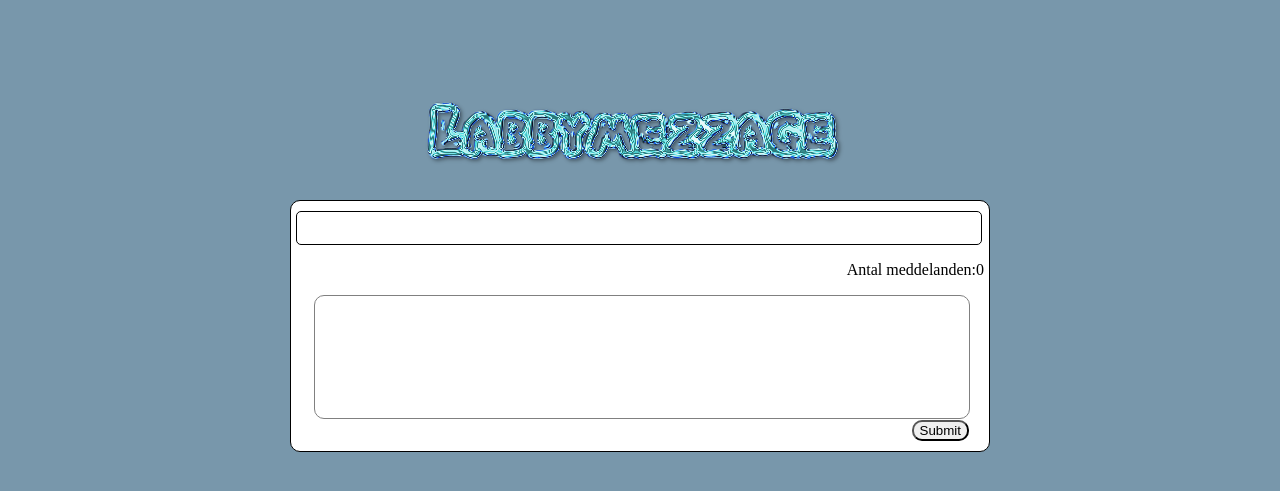
Repository: la222tc/la222tc-1dv403-Laborationer
Page: 2-labbymezzage/index.html
The author's editor kept a record of every edit. The page is drawn from the files as they stood at one moment, then again after the next edit.
The browser window is 1280 px wide. The pictures show the whole page.

Above is the page before.

### 2-labbymezzage/index.html
<!DOCTYPE html>
<html lang="sv">
<head>
	<meta charset="UTF-8" />
 	<title>JavaScript - Laboration 2 - Labbymezzage</title>
    <link rel="stylesheet" href="css/csslabby.css" type="text/css" />
</head>
    <body>

        <div id="content">
            <img src="labbyimage.png" id="labbyimage"></img>
            <main id="mainMessage">

                <article class="message">
                 <p class="theMessage"></p>
                    <a class="timeAndDelete delete"href="#"></a><a class="timeAndDelete time" href="#"></a>
                <footer class="timeStamp"></footer>
                </article>

                <p id="amountOfMessages"> 0<p id="numberOfMessages">Antal meddelanden: </p></p>
                <form id="messageForm">
                    <input id="messageTextArea" type="textarea" name="messageInput"/>
                    <input id="submit" type="submit" value="Submit"/>
                </form>
            </main>
        </div>

        <script type="text/javascript" src="js/MessageBoard.js"></script>
        <script type="text/javascript" src="js/Message.js"></script>
    </body>
</html>

### 2-labbymezzage/css/csslabby.css
body {
    background-color:#7897AB;
}

article, aside, details, figcaption, figure,
footer, header, hgroup, menu, nav, section {
	display: block;
}

#content {
    width:700px;
    margin:auto;
    margin-top:100px;
}

#mainMessage {
    border:1px solid black;
    border-radius:10px;
    background-color:white;
    height:100%;
    float:left;
    padding-bottom:10px;
}

#labbyimage {
    margin-left: 135px;
    margin-bottom:30px;
}

#messageTextArea {
    width: 650px;
	height: 120px;
	border: 1px solid gray;
	border-radius:10px;
	margin-left:23px;
	float:left;
}

#submit {
    float:right;
    margin-right:20px;
    margin-top:1px;
    border-radius:10px;
}

#submit:hover {
    background-color:#7897AB;
    cursor:pointer;
}

#amountOfMessages {
    float:right;
    margin-right:5px;
}

#numberOfMessages {
    float:right;
}

.message {
    text-align:left;
    width:98%;
    float:left;
    margin-top:10px;
    margin-left:5px;
    border:1px solid black;
    border-radius:5px;
}

.theMessage {
    width:650px;
    float:left;
}

.timeAndDelete {
    float:right;
    margin-right:7px;
}

.timeStamp {
    float:right;
    margin-right:3px;
}

### 2-labbymezzage/js/MessageBoard.js
"use strict";


var MessageBoard = {

    messages: [],


    init: function(){

        var submit = document.getElementById("submit");

        submit.onclick = function(){
            createMessage();
            displayMessages();
            alert(MessageBoard.messages[0]);
        };

        function displayMessages(){
            document.getElementById("messageTextArea").innerHTML = "";

            for (var i = 0; i < MessageBoard.messages.length; ++i) {
                MessageBoard.displayMessage(i);
            }
        }

        function displayMessage(messageID){
            var msg = document.getElementsByClass("message");
            var newDiv = document.createElement("div");
            var newP = document.createElement("p");
            var aDelete = document.createElement("a");
            var aTime = document.createElement("a");
            var imgDelete = document.createElement("img");
            var imgTime = document.createElement("img");

            newDiv.setAttribute("class", "message");
            newP.setAttribute("class", "theMessage");
            aDelete.setAttribute("class", "timeAndDelete");
            aTime.setAttribute("class", "timeAndDelete");
            imgDelete.setAttribute("class", "timeAndDelete");
            imgTime.setAttribute("class", "timeAndDelete");

            msg.appendChild(newDiv);
            newDiv.appendChild(newP);
            newDiv.appendChild(aDelete);
            newDiv.appendChild(aTime);
            newDiv.appendChild(imgDelete);
            newDiv.appendChild(imgTime);


        }

        function createMessage(){

            var mess = new Message(document.getElementById("messageTextArea").value, new Date());
            MessageBoard.messages.push(mess);
        }
         //submit.onclick = function(){
        //    var article = document.createElement("article");
        //    var p = document.createElement("p");
        //    var a = document.createElement("a");
        //    var aa = document.createElement("a");
        //    var footer = document.createElement("footer");
        //    article.appendChild(p);
        //    article.appendChild(a);
        //    article.appendChild(aa);
        //    article.appendChild(footer);

        //    document.getElementsByClass("theMessage").innerHTML = createMessage();

        //    var newArticle = document.querySelector("#mainMessage .message");
        //    newArticle.appendChild(article);

        //};
    //  alert(mess);
    //  alert(mess.getText());
    //  mess.setText("En annan text");
    //  alert(mess);

   // var mess = new Message("Testmeddelande", new Date());
    //var mess2 = new Message("Testmeddelande2", new Date());
    //var mess3 = new Message("Testmeddelande3", new Date());
    //var mess4 = new Message("Testmeddelande4", new Date());


    // lägger till de skapade meddelanden till arrayen messages
    //MessageBoard.messages.push(mess);
    //MessageBoard.messages.push(mess2);
    //MessageBoard.messages.push(mess3);
    //MessageBoard.messages.push(mess4);


    // Antal Meddelande i arrayen messages
    var total = MessageBoard.messages.length;

   // for (var i = 0; i < MessageBoard.messages.length; i++) {
     //   alert(MessageBoard.messages[i]);
    //}

       //alert(MessageBoard.messages[1].getText());
       //alert(total);
    }

};

window.onload = MessageBoard.init;

### 2-labbymezzage/js/Message.js
"use strict";


function Message(message, date) {


    this.getText = function(){
        return message;
    }

    this.setText = function(_text) {
        message = _text;
    }


    this.getDate = function() {

    // Tar ut timmar, minuter och sekunder ur date och sätter ihop dom i en variabel och returnerar det
    var _date = new Date();
    var hour = _date.getHours();
    var minute = _date.getMinutes();
    var seconds = _date.getSeconds();

    var theDate = hour + ":" + minute + ":" + seconds;

    return theDate;
    };

    this.setDate = function(_date) {
        date = _date;
    };

    Message.prototype.toString = function() {
        return this.getText()+" ("+this.getDate()+")";
    };


}

After the next edit:
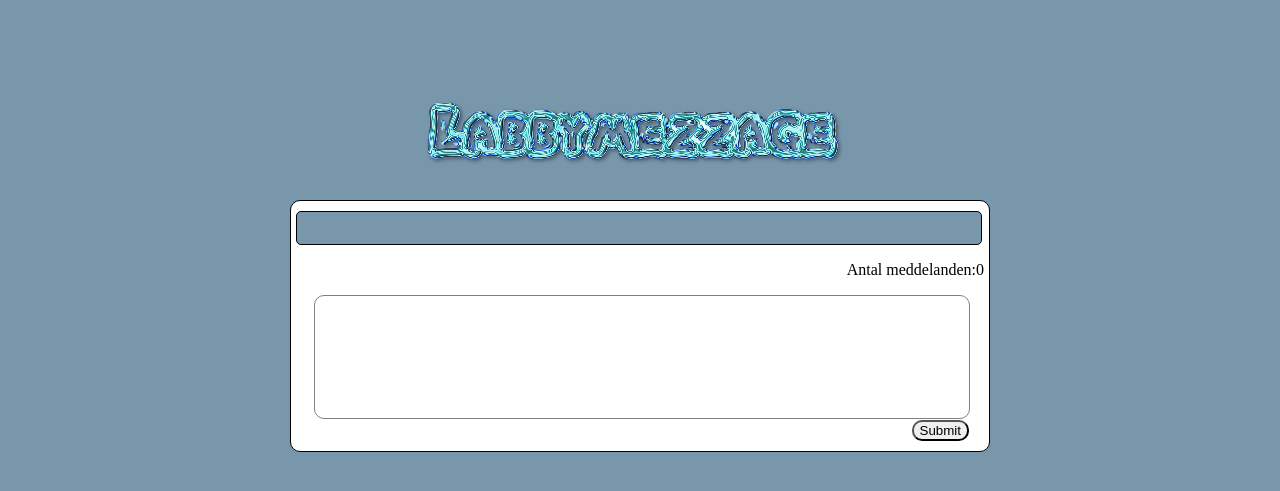
The edit:
--- a/2-labbymezzage/css/csslabby.css
+++ b/2-labbymezzage/css/csslabby.css
@@ -65,6 +65,7 @@
     margin-left:5px;
     border:1px solid black;
     border-radius:5px;
+    background-color:#7897AB;
 }
 
 .theMessage {
